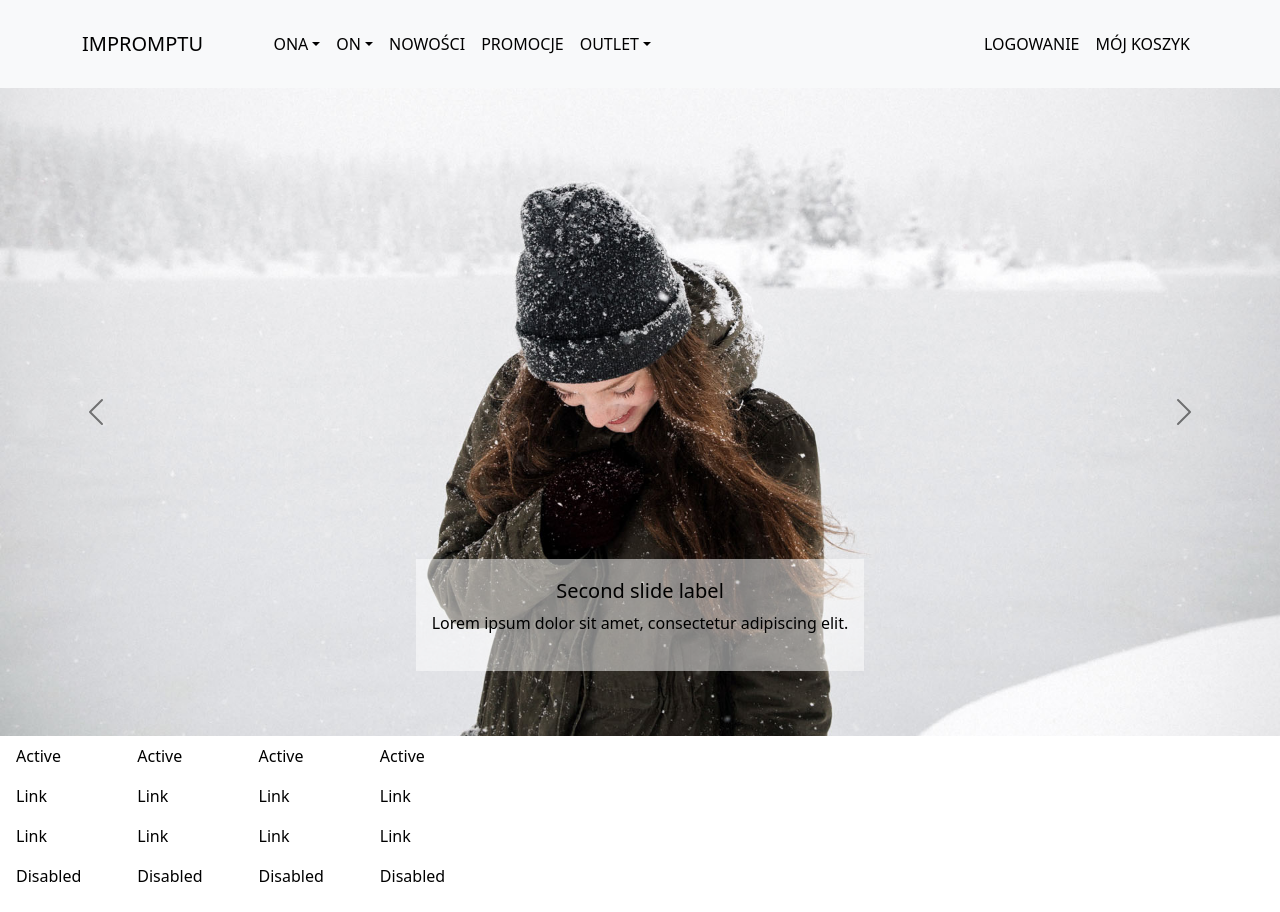
Repository: michalgornicki/Impromptu
Page: /
These files come from the project's save history. The page is drawn as it stood at one moment and after the next save; the edit follows.
The browser window is 1280 px wide. The pictures show the whole page.
The project was rebuilt for these pictures with package versions that can differ from the ones it lists, and the page was loaded fresh each time.

Above is the page before, as saved 2021-12-23 13:25:24.

After the next save:
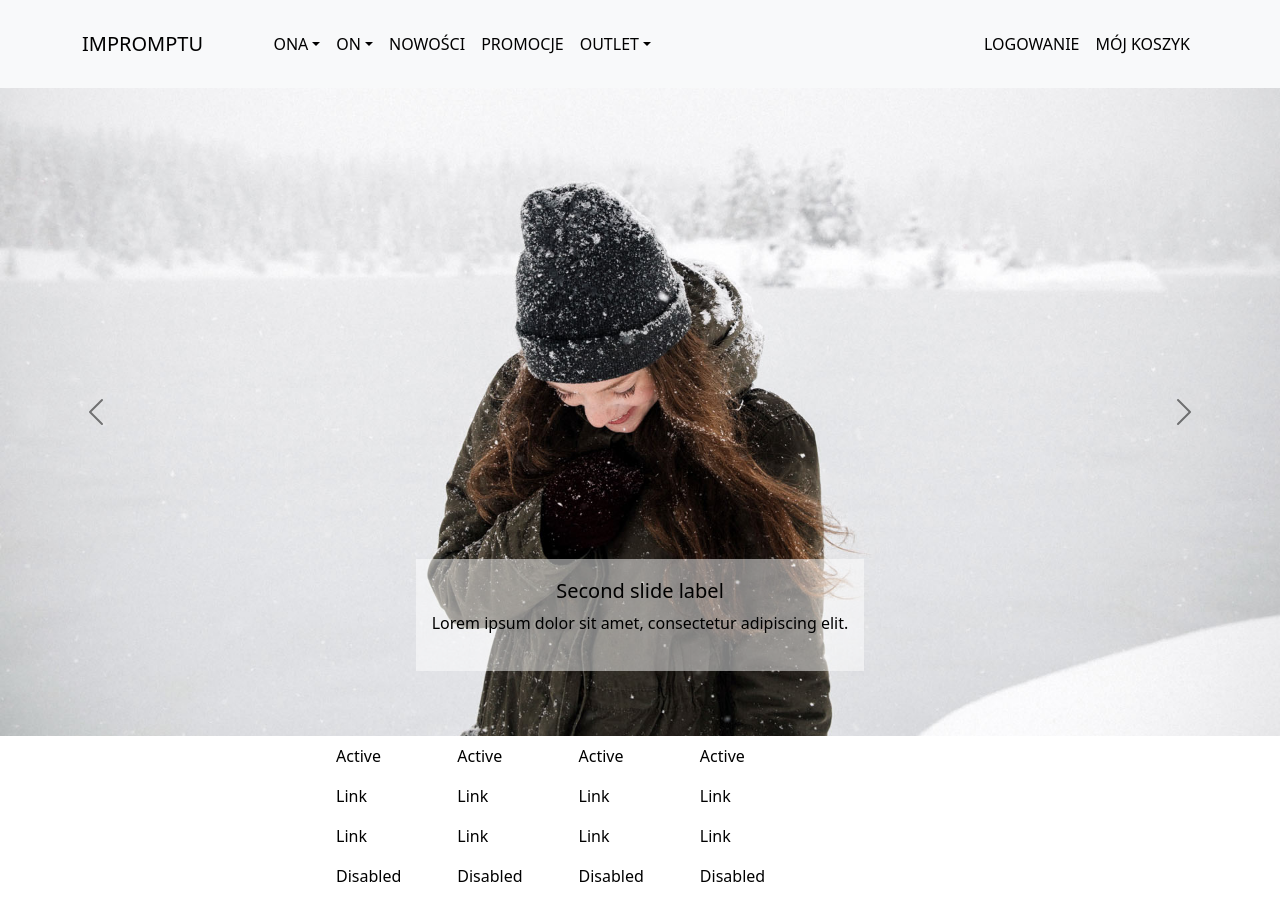
Saved 7 s later.
--- a/src/App.jsx
+++ b/src/App.jsx
@@ -157,7 +157,7 @@ function App() {
 
 <Nav
   activeKey="/home"
-  className="w-auto m-auto"
+  className="w-50 m-auto"
 >
   <Row>
   <Col>
